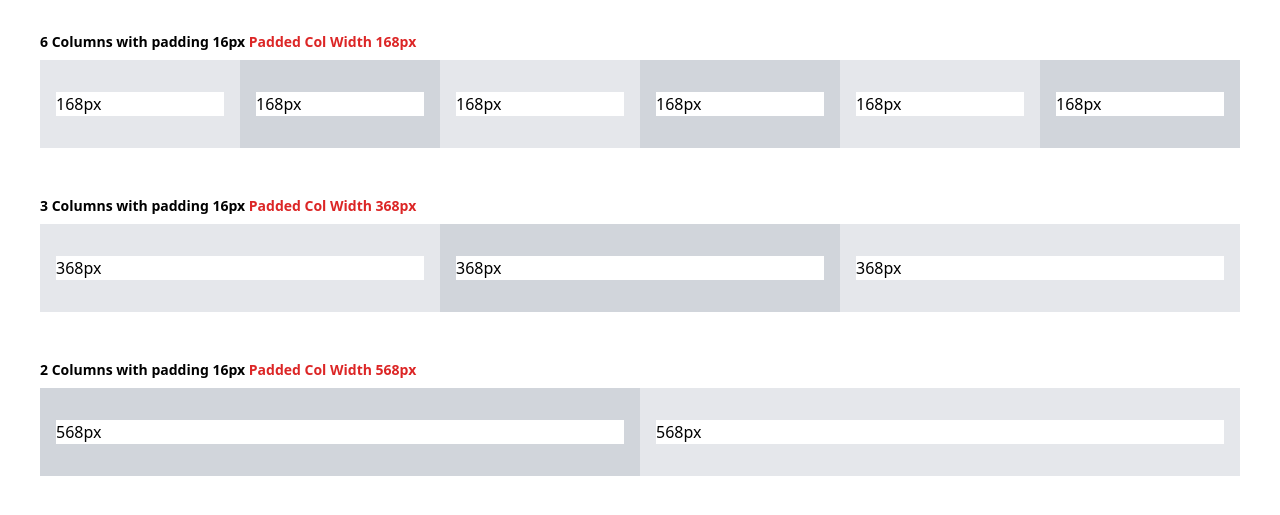
Repository: fabianwurk/vue-tailwind
Page: /
The author's editor kept a copy of each file at every save. The page is drawn from the files as they stood at one save, then again after the next save.
The browser window is 1280 px wide. The pictures show the whole page.
The project was rebuilt for these pictures with package versions that can differ from the ones it lists, and the page was loaded fresh each time. Also part of the build but not shown: vite.config.js.

Above is the page before, as saved 2021-03-15 23:56:30.

After the next save:
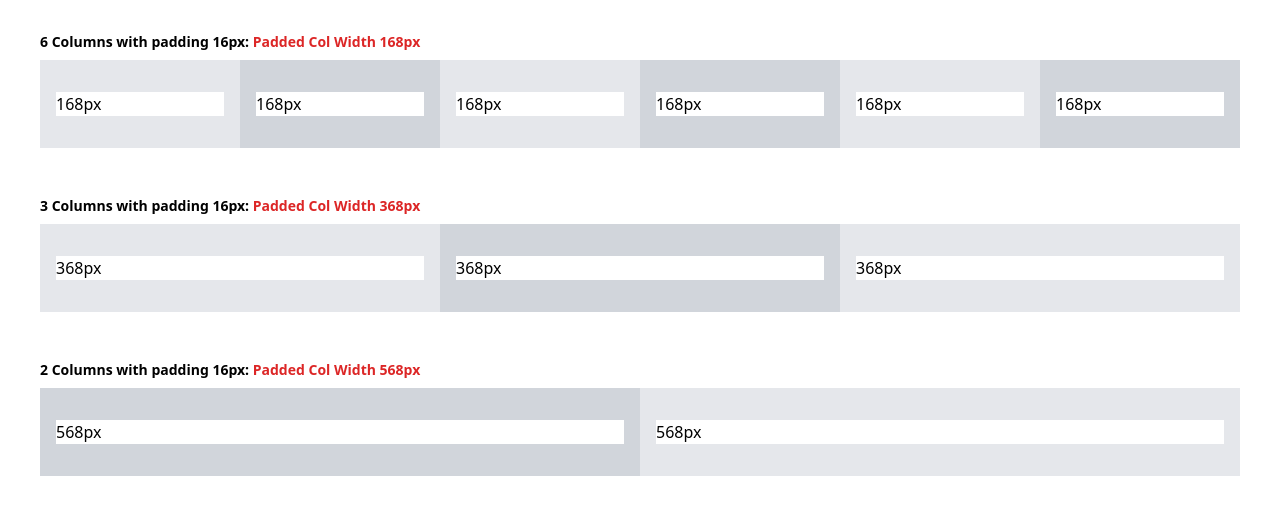
Saved 22 s later.
--- a/src/components/Tail.vue
+++ b/src/components/Tail.vue
@@ -2,7 +2,7 @@
   <div>
 
   <div class="container mx-auto">
-    <h2 class="text-sm font-bold mb-2 mt-8">6 Columns with padding 16px <span class="text-red-600">Padded Col Width {{ sixCol }}</span></h2>
+    <h2 class="text-sm font-bold mb-2 mt-8">6 Columns with padding 16px: <span class="text-red-600">Padded Col Width {{ sixCol }}</span></h2>
     <div class="flex items-center">
       <div class="w-1/6 bg-gray-200 mb-4 mt-0 py-8 px-4">
         <span class="bg-white w-full block">{{ sixCol }}</span>
@@ -26,7 +26,7 @@
   </div>
 
   <div class="container mx-auto">
-    <h2 class="text-sm font-bold mb-2 mt-8">3 Columns with padding 16px <span class="text-red-600">Padded Col Width {{ threeCol }}</span></h2>
+    <h2 class="text-sm font-bold mb-2 mt-8">3 Columns with padding 16px: <span class="text-red-600">Padded Col Width {{ threeCol }}</span></h2>
     <div class="flex items-center">
       <div class="w-1/3 bg-gray-200 mb-4 mt-0 py-8 px-4">
         <span class="bg-white w-full block">{{ threeCol }}</span>
@@ -41,7 +41,7 @@
   </div>
 
   <div class="container mx-auto">
-    <h2 class="text-sm font-bold mb-2 mt-8">2 Columns with padding 16px <span class="text-red-600">Padded Col Width {{ twoCol }}</span></h2>
+    <h2 class="text-sm font-bold mb-2 mt-8">2 Columns with padding 16px: <span class="text-red-600">Padded Col Width {{ twoCol }}</span></h2>
     <div class="flex items-center">
       <div class="w-1/2 bg-gray-300 mb-4 mt-0 py-8 px-4">
         <span class="bg-white w-full block">{{ twoCol }}</span>
